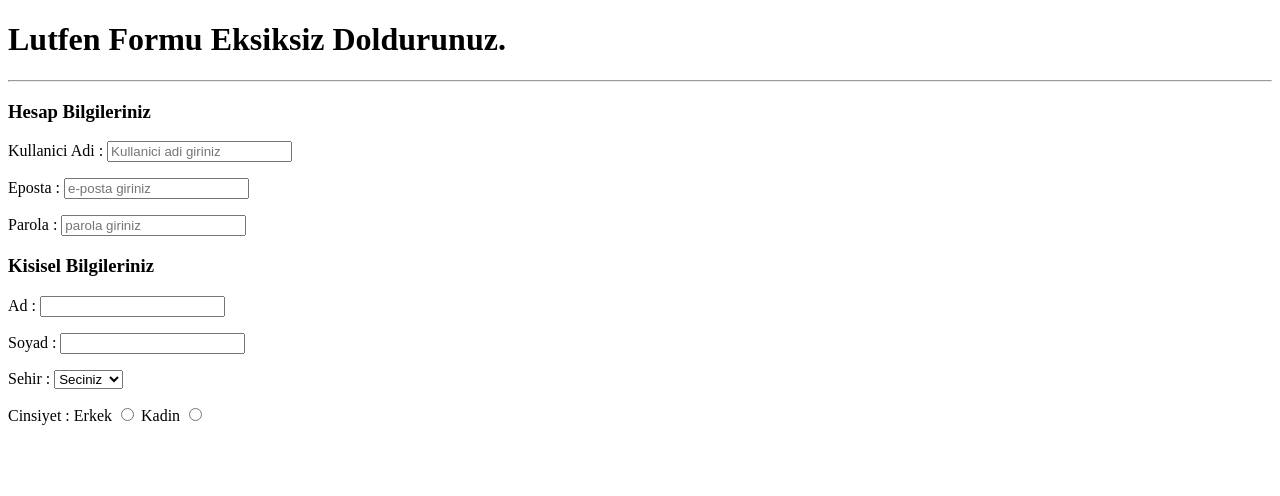
Repository: sammkrt/git101
Page: html-css-TrainingMyself/uygulama4.html
These files come from the project's save history. The page is drawn as it stood at one moment and after the next save; the edit follows.
The browser window is 1280 px wide. The pictures show the whole page.

Above is the page before, as saved 2022-12-22 12:51:16.

After the next save:
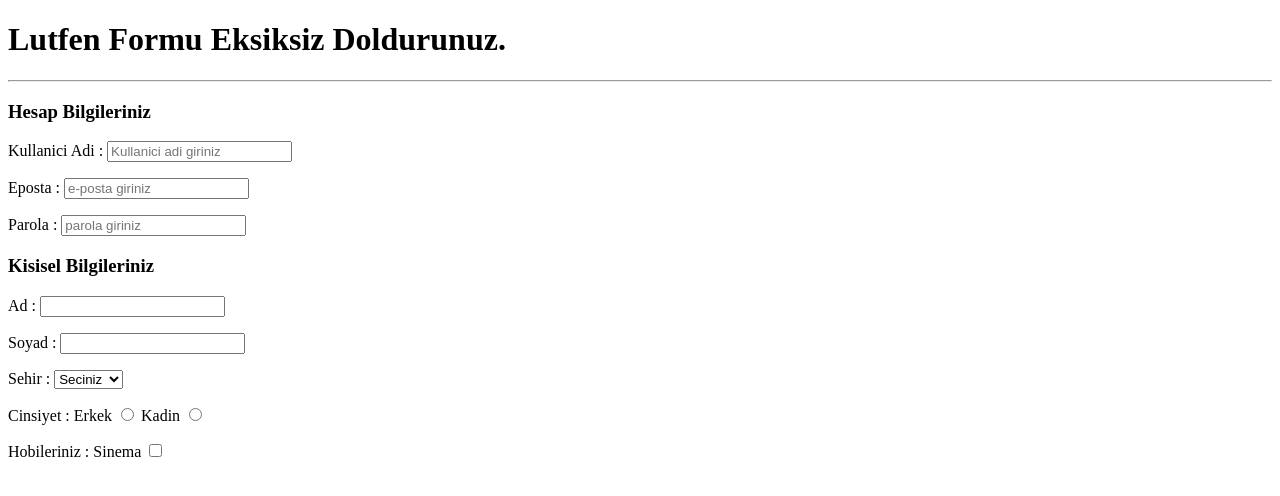
Saved 23 s later.
--- a/html-css-TrainingMyself/uygulama4.html
+++ b/html-css-TrainingMyself/uygulama4.html
@@ -41,7 +41,7 @@
             Kadin <input type="radio" name="Cinsiyet">
         </p>
         <p>
-
+            Hobileriniz : Sinema <input type="checkbox">
         </p>
 
 
